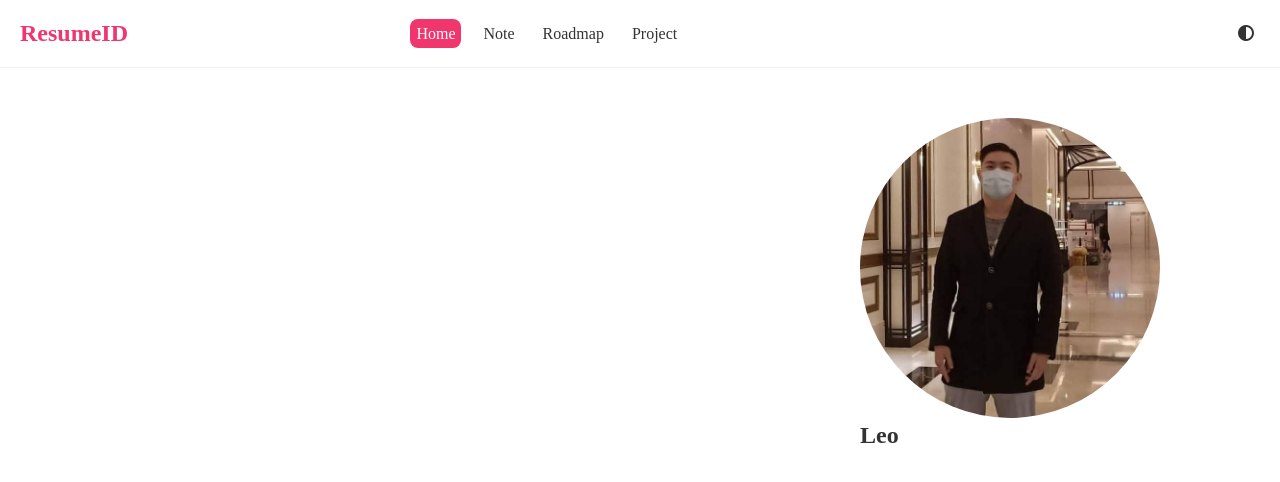
Repository: leo-play-code/ResumeID
Page: /
The author's editor kept a copy of each file at every save. The page is drawn from the files as they stood at one save, then again after the next save.
The browser window is 1280 px wide. The pictures show the whole page.
Some web libraries are served in a nearby version. The project was rebuilt for these pictures with package versions that can differ from the ones it lists, and the page was loaded fresh each time. Also part of the build but not shown: src/Note/Note.js, src/Roadmap/Roadmap.js, src/Project/Project.js.

Above is the page before, as saved 2022-10-18 13:32:53.

After the next save:
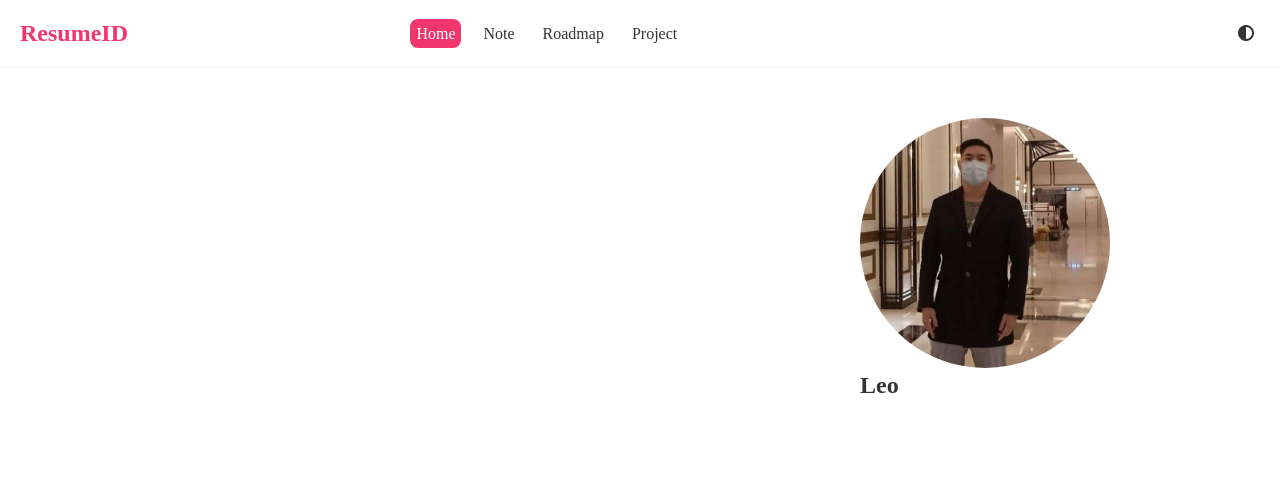
Saved 18 s later.
--- a/src/index.css
+++ b/src/index.css
@@ -53,5 +53,5 @@
 
 .Home .profile-container img{
   border-radius: 50%;
-  max-width: 300px;
+  max-width: 250px;
 }
